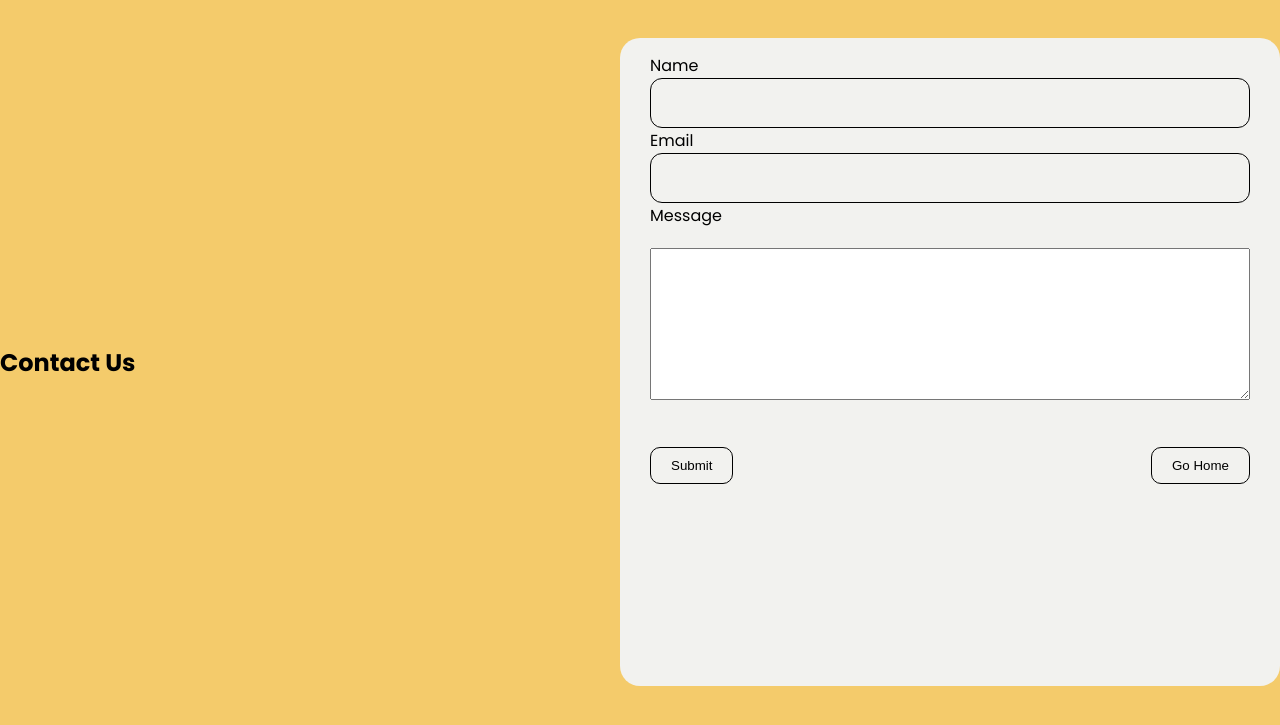
Repository: ble-syn/Random-user-generator-app
Page: /contact
An editor plug-in stored every save of this project. The page is shown before and after the next save, followed by the edit.
The browser window is 1280 px wide. The pictures show the whole page.
The project was rebuilt for these pictures with package versions that can differ from the ones it lists, and the page was loaded fresh each time. Also part of the build but not shown: src/components/Navbar.jsx, src/components/pagination.jsx, src/components/ErrorFallback.jsx, src/components/User.jsx, src/pages/Home.jsx, src/pages/About.jsx, src/pages/Vision.jsx, src/pages/Mission.jsx and 1 more.

Above is the page before, as saved 2022-10-28 19:18:01.

After the next save:
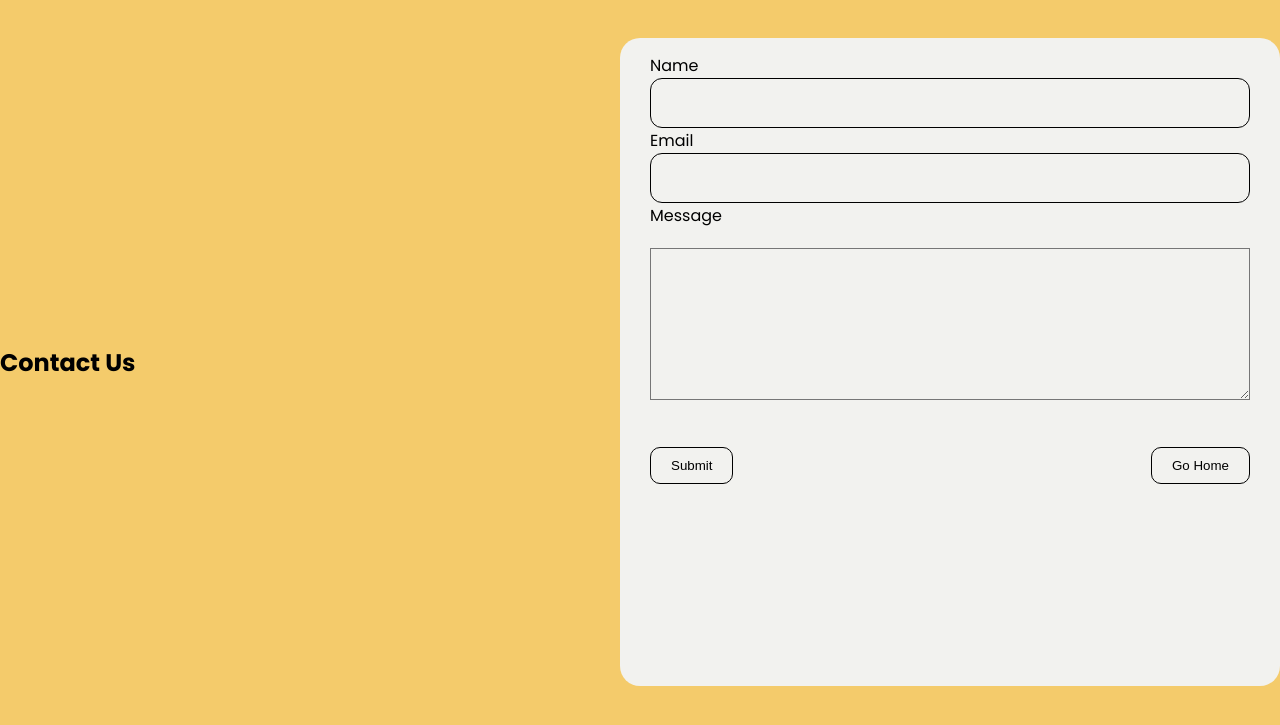
Saved 13 s later.
--- a/src/index.css
+++ b/src/index.css
@@ -188,6 +188,7 @@ input {
 textarea {
   width: 100%;
   margin: 20px 0;
+  background: none;
 }
 .c-btn {
   display: flex;
